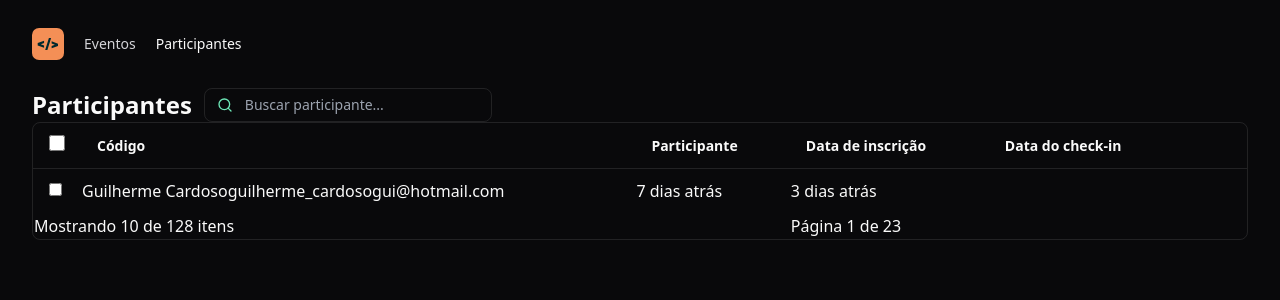
Repository: guilhermecardoso93/nlw-unite-react-2024
Page: /
The author's editor kept a copy of each file at every save. The page is drawn from the files as they stood at one save, then again after the next save.
The browser window is 1280 px wide. The pictures show the whole page.
The project was rebuilt for these pictures with package versions that can differ from the ones it lists, and the page was loaded fresh each time. Also part of the build but not shown: vite.config.ts.

Above is the page before, as saved 2024-04-01 21:47:37.

After the next save:
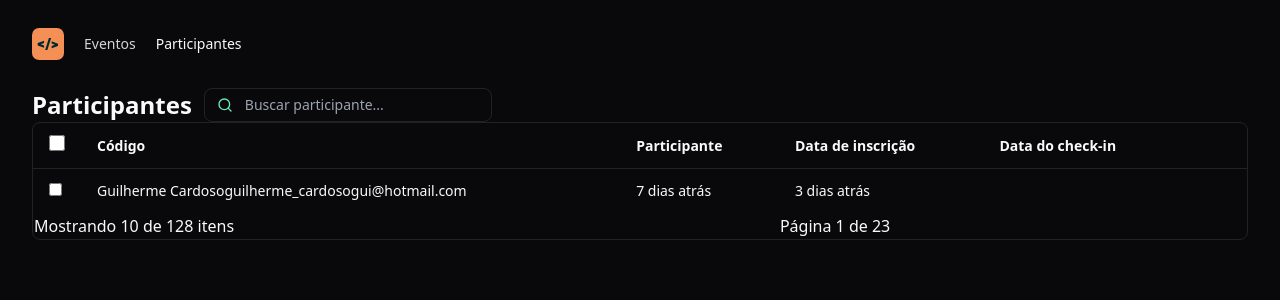
Saved 12 s later.
--- a/src/components/attendee-list.tsx
+++ b/src/components/attendee-list.tsx
@@ -52,15 +52,15 @@ export function AttendeeList() {
               <td className="py-3 px-4 text-sm">
                 <input type="checkbox" />
               </td>
-              <td>
+              <td className="py-3 px-4 text-sm">
                 <div>
                   <span>Guilherme Cardoso</span>
                   <span>guilherme_cardosogui@hotmail.com</span>
                 </div>
               </td>
-              <td>7 dias atrás</td>
-              <td>3 dias atrás</td>
-              <td></td>
+              <td className="py-3 px-4 text-sm">7 dias atrás</td>
+              <td className="py-3 px-4 text-sm">3 dias atrás</td>
+              <td className="py-3 px-4 text-sm"></td>
             </tr>
           </tbody>
           <tfoot>
